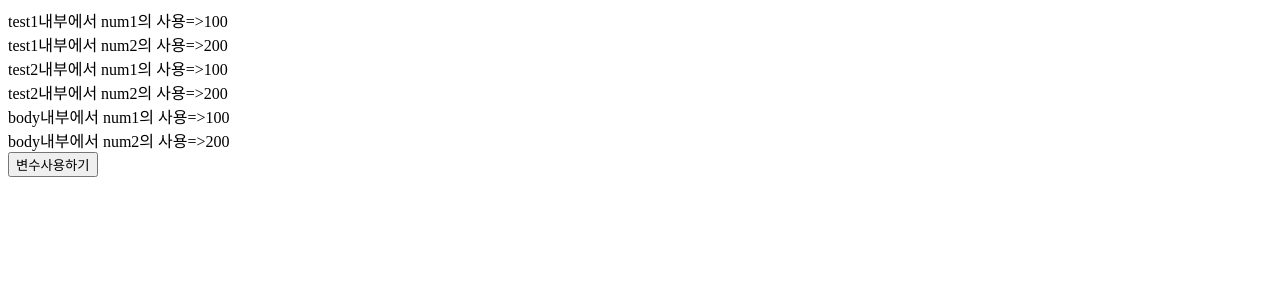
Repository: wishinghyun/multicampus
Page: webwork/clientweb/WebContent/js_basic/js_function_variable_test.html
These files come from the project's save history. The page is drawn as it stood at one moment and after the next save; the edit follows.
The browser window is 1280 px wide. The pictures show the whole page.

Above is the page before, as saved 2020-01-07 06:41:16.

After the next save:
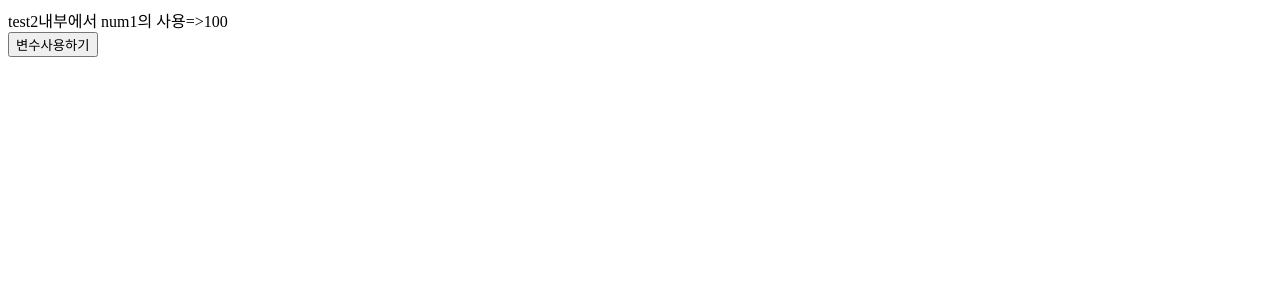
Console error: ReferenceError: num2 is not defined
Saved 8 s later.
--- a/webwork/clientweb/WebContent/js_basic/js_function_variable_test.html
+++ b/webwork/clientweb/WebContent/js_basic/js_function_variable_test.html
@@ -23,6 +23,7 @@
 </head>
 <body>
 	<script type="text/javascript">
+	test2();
 	test1();
 	test2();
 	document.write("body내부에서 num1의 사용=>"+num1+"<br/>");

After the 2 saves that followed:
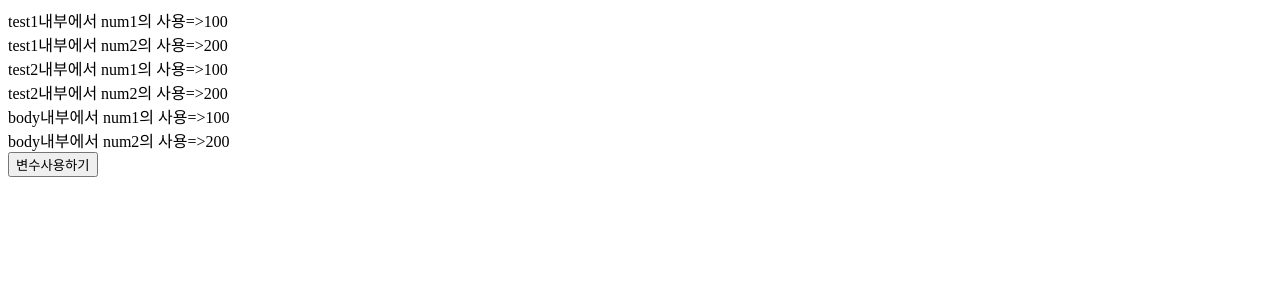
The error is gone.
The 2 saves are shown as one change because 1 left the picture as it was.
The last was saved 88 s later.
--- a/webwork/clientweb/WebContent/js_basic/js_function_variable_test.html
+++ b/webwork/clientweb/WebContent/js_basic/js_function_variable_test.html
@@ -23,11 +23,11 @@
 </head>
 <body>
 	<script type="text/javascript">
-	test2();
-	test1();
-	test2();
-	document.write("body내부에서 num1의 사용=>"+num1+"<br/>");
-	document.write("body내부에서 num2의 사용=>"+num2+"<br/>");
+		//test2(); - 함수 내부에서 변수가 선언되는 경우 변수를 선언한 함수가 무조건 먼저 호출되어야 한다
+		test1();
+		test2();
+		document.write("body내부에서 num1의 사용=>"+num1+"<br/>");
+		document.write("body내부에서 num2의 사용=>"+num2+"<br/>");
 	</script>
 	<input type="button" value="변수사용하기" onclick="alert(num1)">
 </body>
